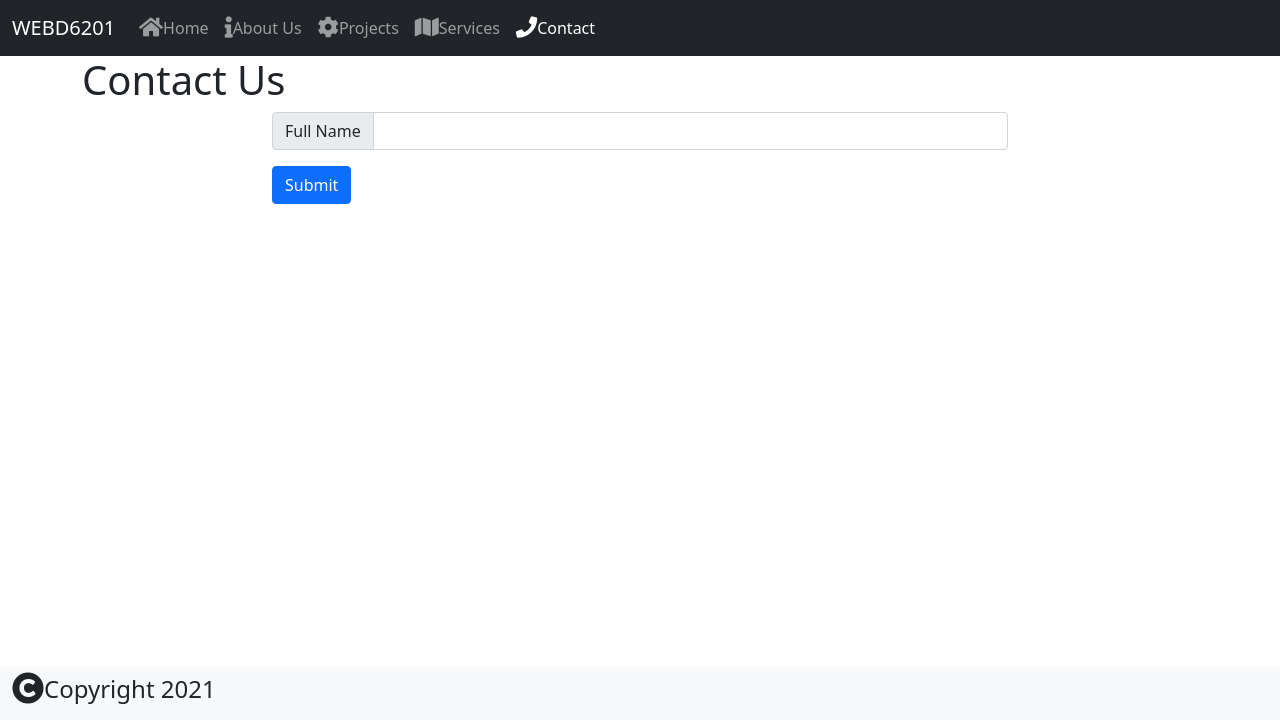
Repository: deividwsantoss/webd6201-W2021-ICE1
Page: contact.html
The author's editor kept a copy of each file at every save. The page is drawn from the files as they stood at one save, then again after the next save.
The browser window is 1280 px wide. The pictures show the whole page.

Above is the page before, as saved 2021-02-02 12:59:43.

After the next save:
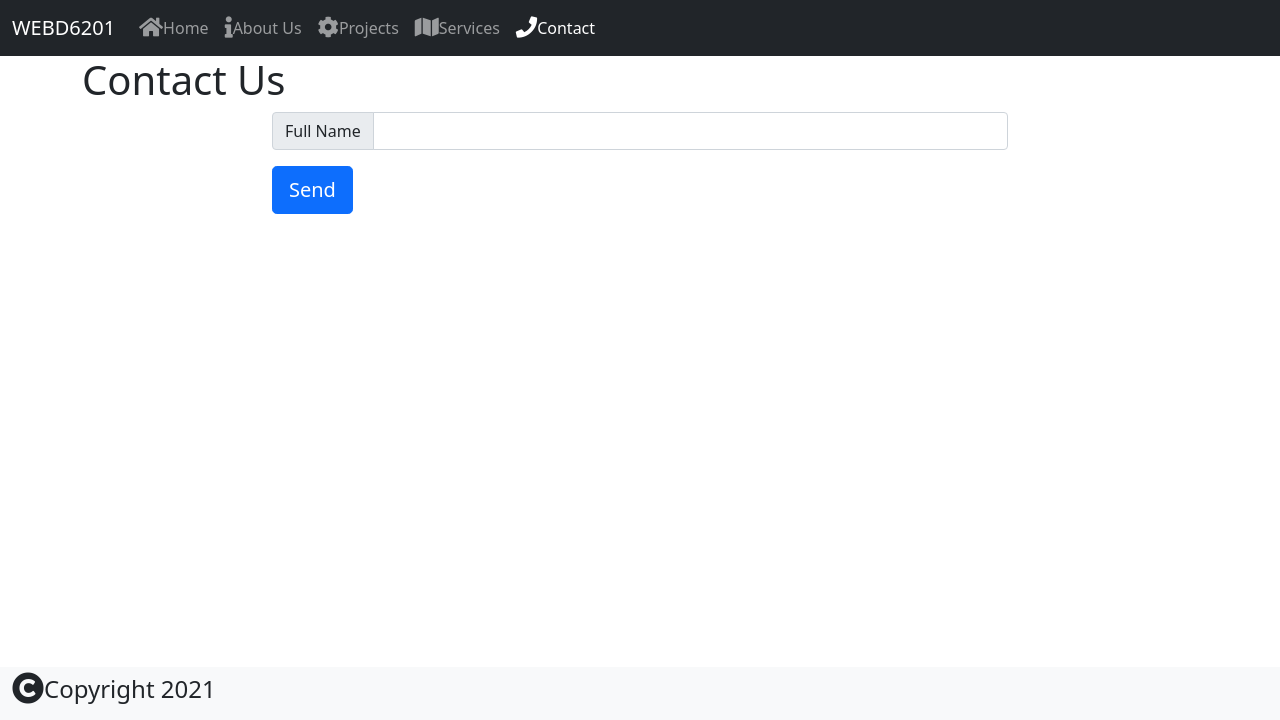
Saved 65 s later.
--- a/contact.html
+++ b/contact.html
@@ -55,10 +55,10 @@
 
           <div class="input-group mb-3">
             <span class="input-group-text" id="inputGroup-sizing-default">Full Name</span>
-            <input type="text" class="form-control" aria-label="Sizing example input" aria-describedby="inputGroup-sizing-default">
+            <input type="text" class="form-control" aria-label="Full Name" aria-describedby="Full Name Input">
           </div>
 
-          <button type="submit" class="btn btn-primary">Submit</button>
+          <button type="submit" class="btn btn-primary btn-lg">Send</button>
         </form>
       </div>
     </main>
